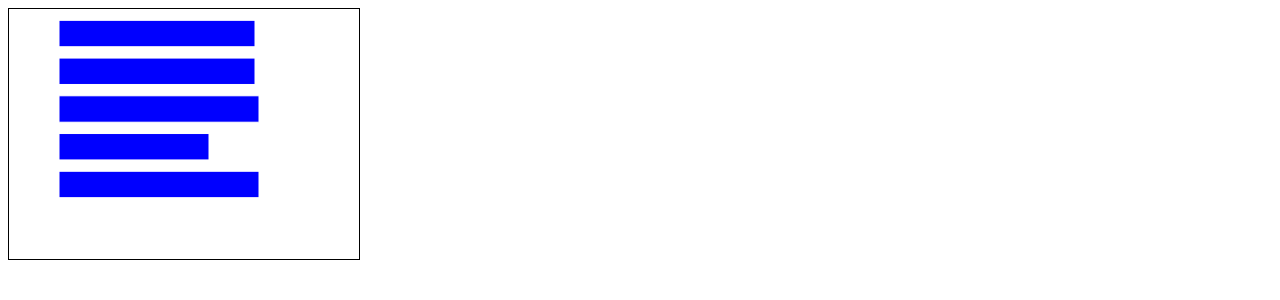
Repository: ducdatit2002/Data-Visualization-Coursera
Page: WEEK2/Demo/demo_adding_annotations.html
These files come from the project's save history. The page is drawn as it stood at one moment and after the next save; the edit follows.
The browser window is 1280 px wide. The pictures show the whole page.

Above is the page before, as saved 2023-10-07 00:20:41.
Console error: TypeError: Cannot read properties of null (reading 'apply')

### WEEK2/Demo/demo_adding_annotations.html
<html>
  <head></head>
  <body>
    <svg
      id="container"
      height="250"
      width="350"
      style="border: 1px solid black"
    >
      <g id="body" style="transform: translate(50px, 0px)"></g>
      <g id="yAxis"></g>
      <g id="xAxis"></g>
    </svg>
  </body>
  <script src="https://cdn.jsdelivr.net/npm/d3@7"></script>
  <script>
    let body = d3.select("#body");
    d3.csv("data.csv").then(showData);

    function showData(clients) {
      let max = d3.max(clients, (d) => d.Weight);
      let scale = d3.scaleLinear().range([0, 200]).domain([0, max]);

      let scalePosition = d3
        .scaleBand()
        .range([0, 200])
        .domain(clients.map((d) => d.Name))
        .padding(0.3);

      let join = body.selectAll("rect").data(clients);

      join
        .enter()
        .append("rect")
        .style("fill", "blue")
        .style("stroke", "white")
        .attr("width", (d) => scale(d.Weight))
        .attr("height", scalePosition.bandwidth())
        .attr("y", (d) => scalePosition(d.Name));

      let xAxis = d3.axisBottom(scale).ticks(5).tickFormat();
      d3.select("#xAxis").attr("transform", "translate(50,200)").call(xAxis);

      let yAxis = d3.axisLeft(scalePosition);
      d3.select("#yAxis").attr("transform","translate(50,0)").call(yAxis);
    }
  </script>
</html>

After the next save:
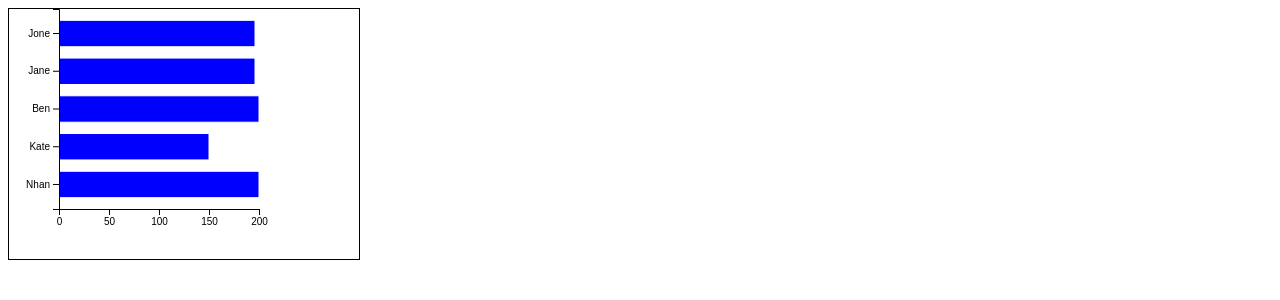
The error is gone.
Saved 6 s later.
--- a/WEEK2/Demo/demo_adding_annotations.html
+++ b/WEEK2/Demo/demo_adding_annotations.html
@@ -38,7 +38,7 @@
         .attr("height", scalePosition.bandwidth())
         .attr("y", (d) => scalePosition(d.Name));
 
-      let xAxis = d3.axisBottom(scale).ticks(5).tickFormat();
+      let xAxis = d3.axisBottom(scale).ticks(5).tickFormat(d => d);
       d3.select("#xAxis").attr("transform", "translate(50,200)").call(xAxis);
 
       let yAxis = d3.axisLeft(scalePosition);
